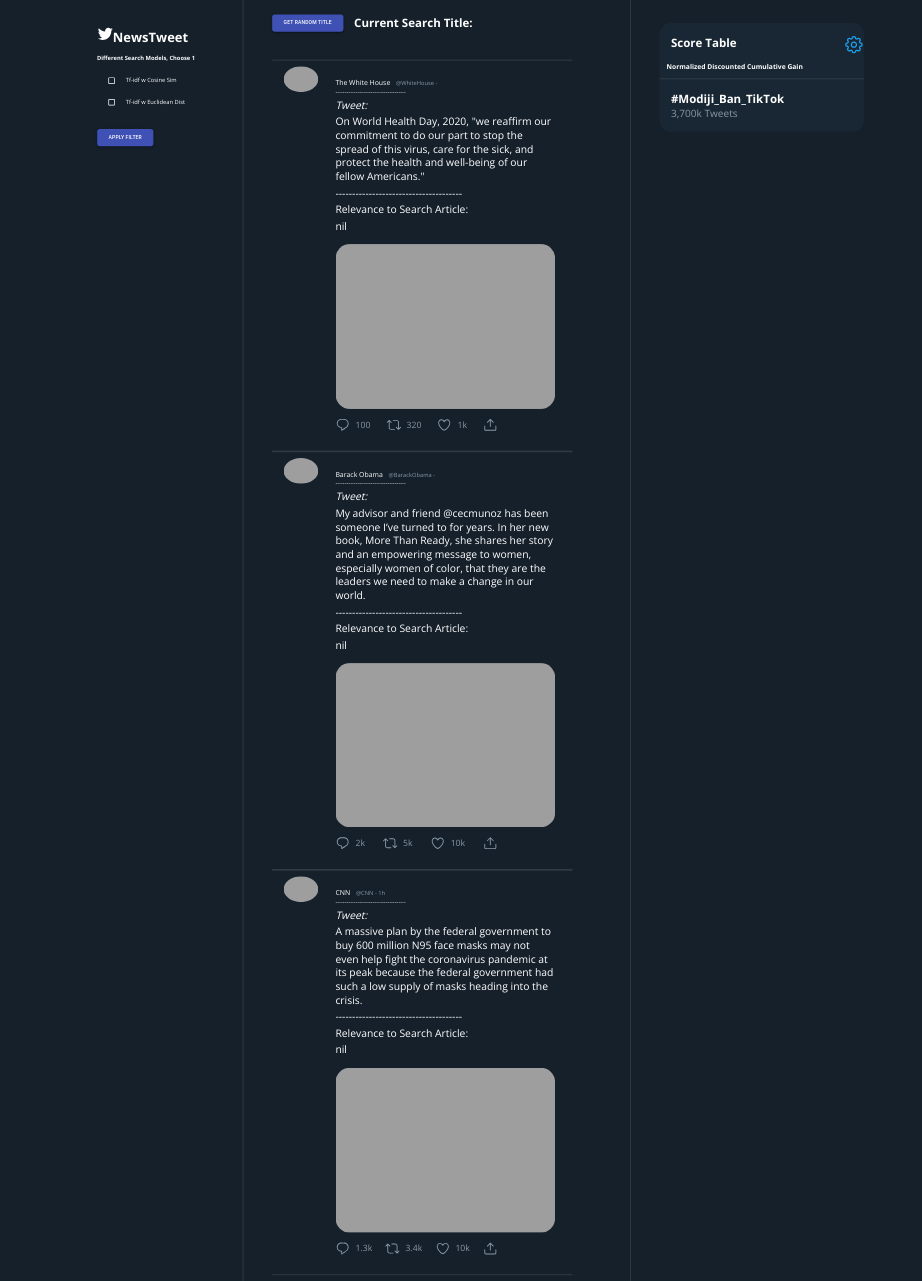
Repository: Dustyik/IR-tweets---disaster-
Page: / (app in Frontend/)
These files come from the project's save history. The page is drawn as it stood at one moment and after a run of saves; the edit follows.
The browser window is 1280 px wide. The pictures show the whole page, at 72% of full size.
Pictures or frames that could not be fetched are drawn as grey boxes. The page's requests for data from a server got no answer. The project was rebuilt for these pictures with package versions that can differ from the ones it lists, and the page was loaded fresh each time. No one was signed in, and anything a server would have sent is missing. Also part of the build but not shown: Frontend/src/components/trending/FollowSuggestionCard.js, Frontend/src/styles/FollowList.css, Frontend/src/components/trending/FollowSuggestionsList.js, Frontend/src/components/StatusCard.js, Frontend/src/pages/Status.js, Frontend/src/components/profile/ProfileHead.js, Frontend/src/components/profile/ProfileDetails.js, Frontend/src/styles/Profile.css and 1 more.

Above is the page before, as saved 2021-08-04 19:57:28.

After the next 2 saves:
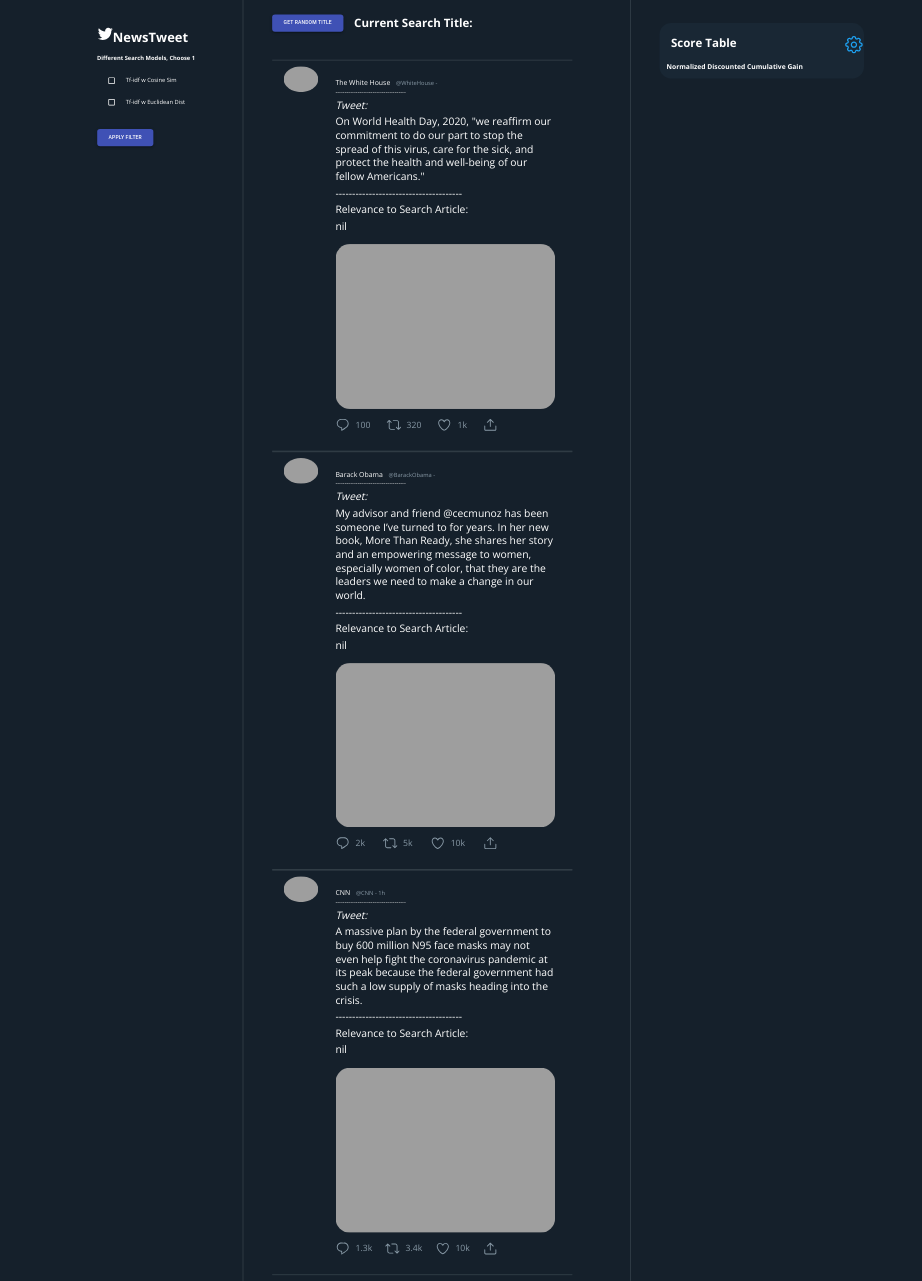
The 2 saves are shown as one change because 1 did not build or start.
The last was saved 2 min 5 s later.
--- a/Frontend/src/components/trending/TrendsList.js
+++ b/Frontend/src/components/trending/TrendsList.js
@@ -11,13 +11,14 @@
 
     console.log(rankingModel)
 
-    const trends = [
-        {
-            name: '#Modiji_Ban_TikTok',
+    const trends = rankingModel.map((trend) => {
+        return {
+            name: trend[2],
             topic: '',
-            tweets: '3,700k'
+            tweets: trend[1]
         }
-    ]
+
+    })
     return (
         <div>
             <div className="trends-for-you flex-space-between">
